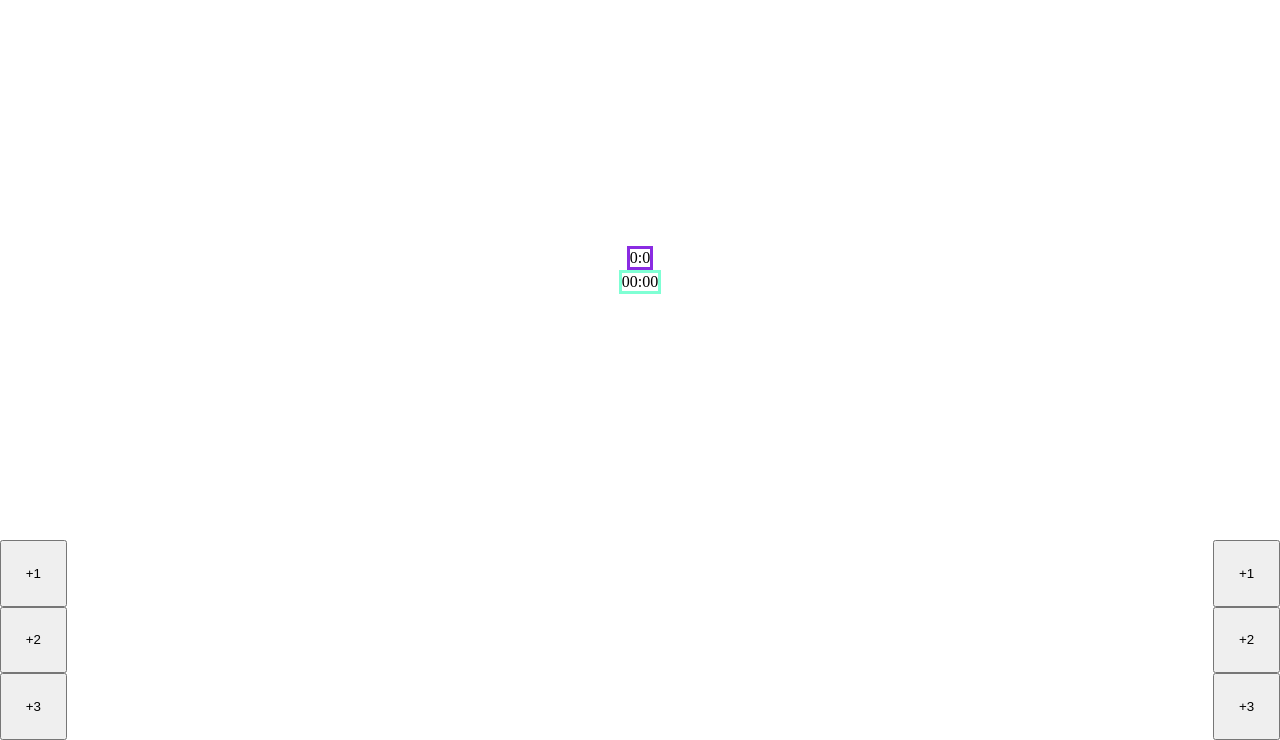
Repository: bollo89/scoreBoard
Page: index.html
An editor plug-in stored every save of this project. The page is shown before and after the next save, followed by the edit.
The browser window is 1280 px wide. The pictures show the whole page.

Above is the page before, as saved 2022-01-25 11:21:01.
Console error: TypeError: Cannot set properties of null (setting 'innerHTML')

After the next save:
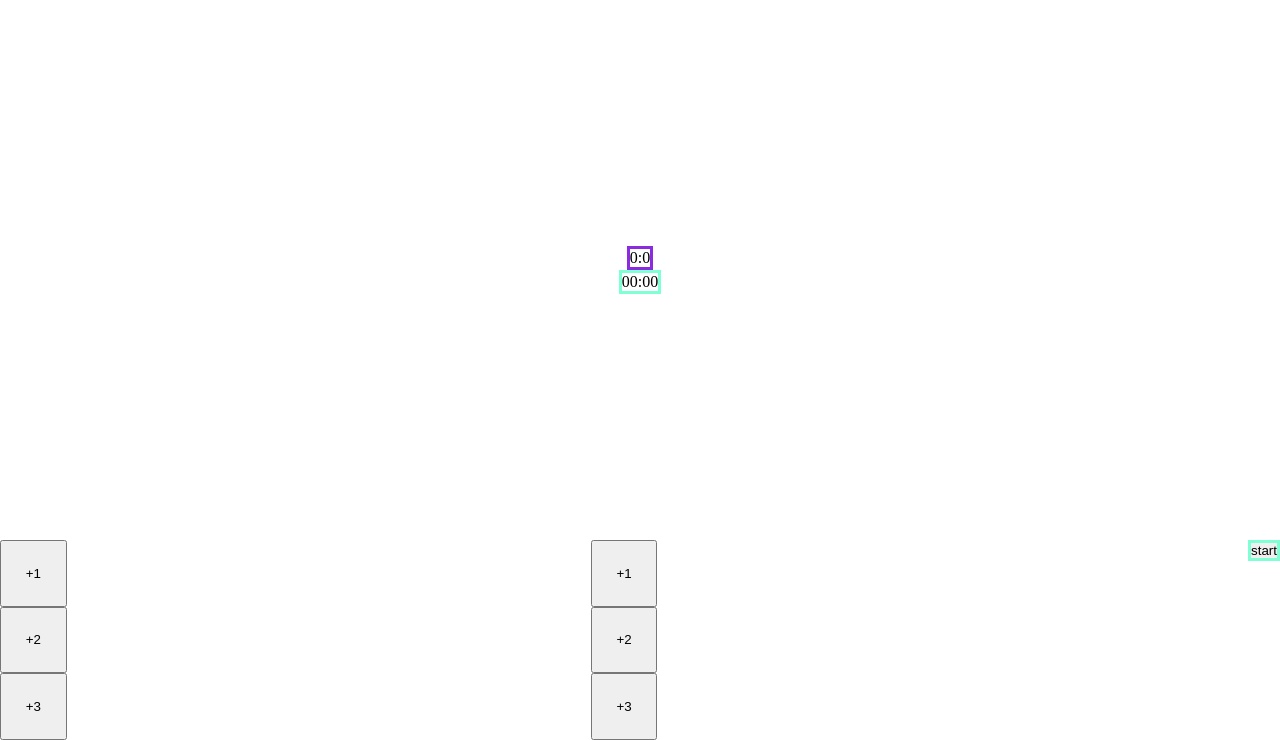
Saved 88 s later.
--- a/index.html
+++ b/index.html
@@ -27,6 +27,9 @@
             <div></div><button class="btn2a">+2</button></div>
             <div></div><button class="btn3a">+3</button></div>
         </section>
+        <section class="centralMenu">
+            <button class="timer">start</button>
+        </section>
 </section>
 <script src="./script.js"></script>
 </body>
